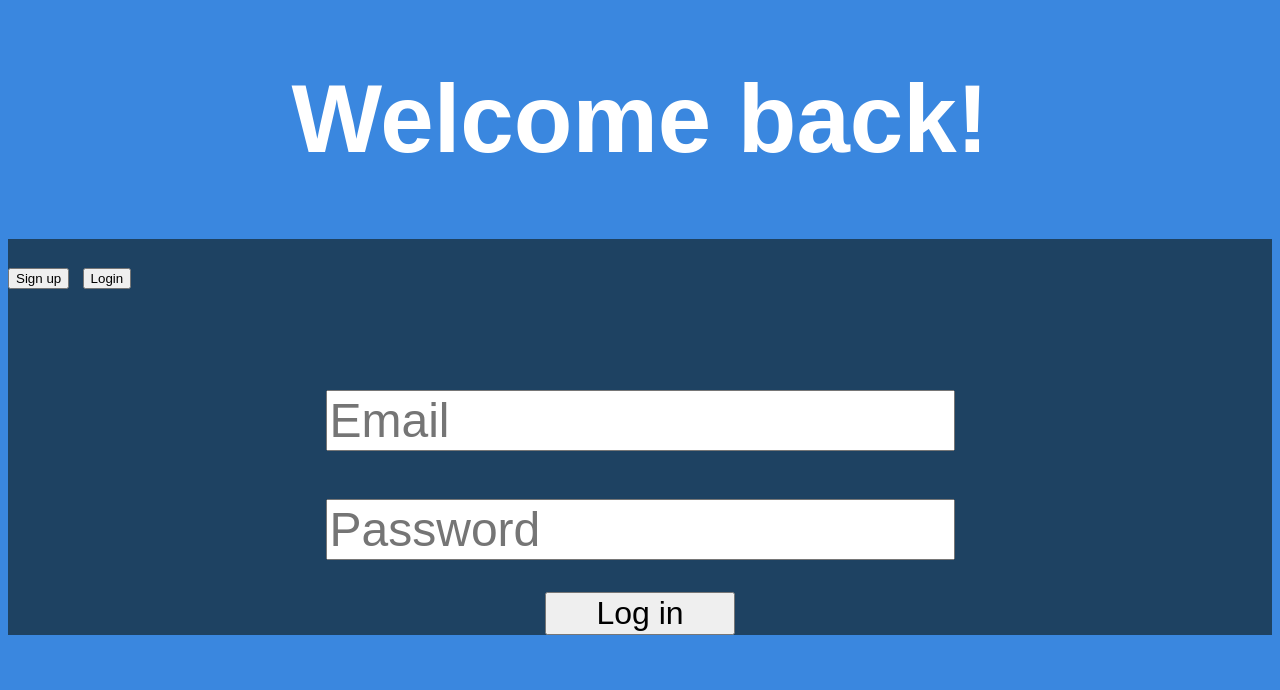
Repository: NicolasssCarlos/basic-flask-login
Page: http://localhost/
The author's editor kept a copy of each file at every save. The page is drawn from the files as they stood at one save, then again after the next save.
The browser window is 1280 px wide. The pictures show the whole page.
The page is served by the project's application, run on Flask 3 (app.py).

Above is the page before, as saved 2025-06-11 20:34:00.

After the next save:
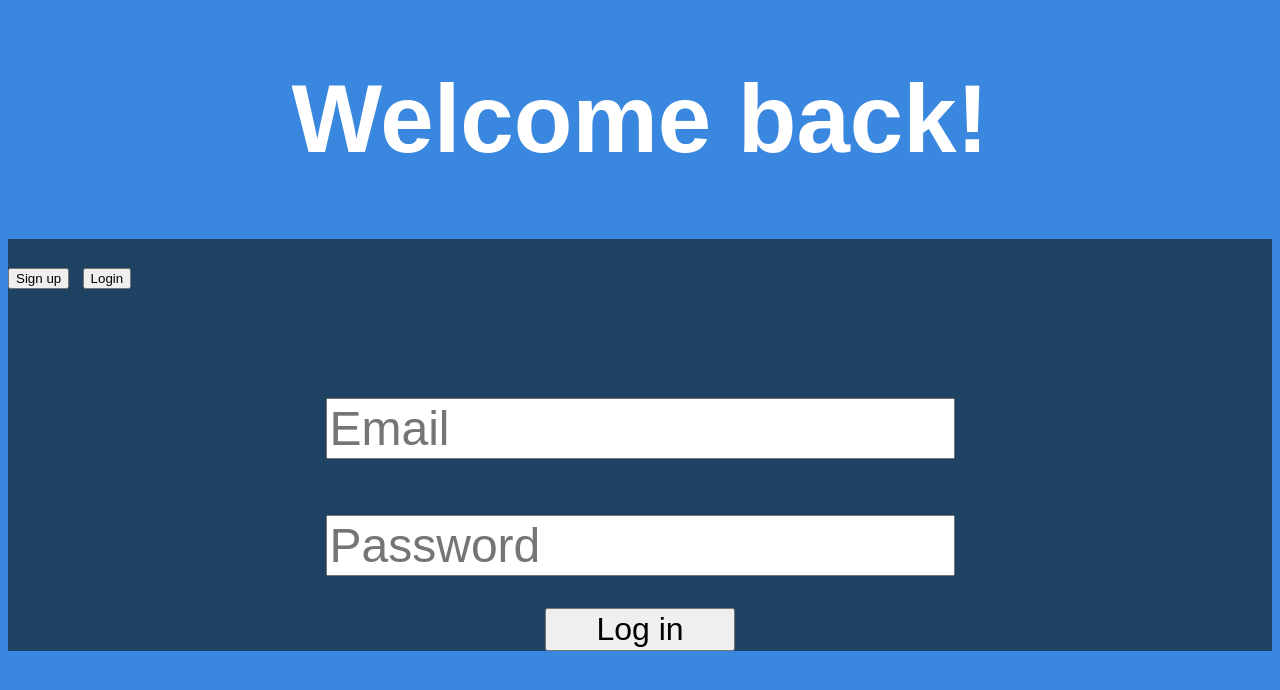
Saved 35 s later.
--- a/static/main.css
+++ b/static/main.css
@@ -92,7 +92,7 @@
     margin-bottom: 1rem;
 
 
-    margin-top: 1rem;
+    margin-top: 1.5rem;
 
 
 
@@ -113,5 +113,6 @@
 
     justify-content: center;
 
+
     text-align: center;
 }

After the save that followed:
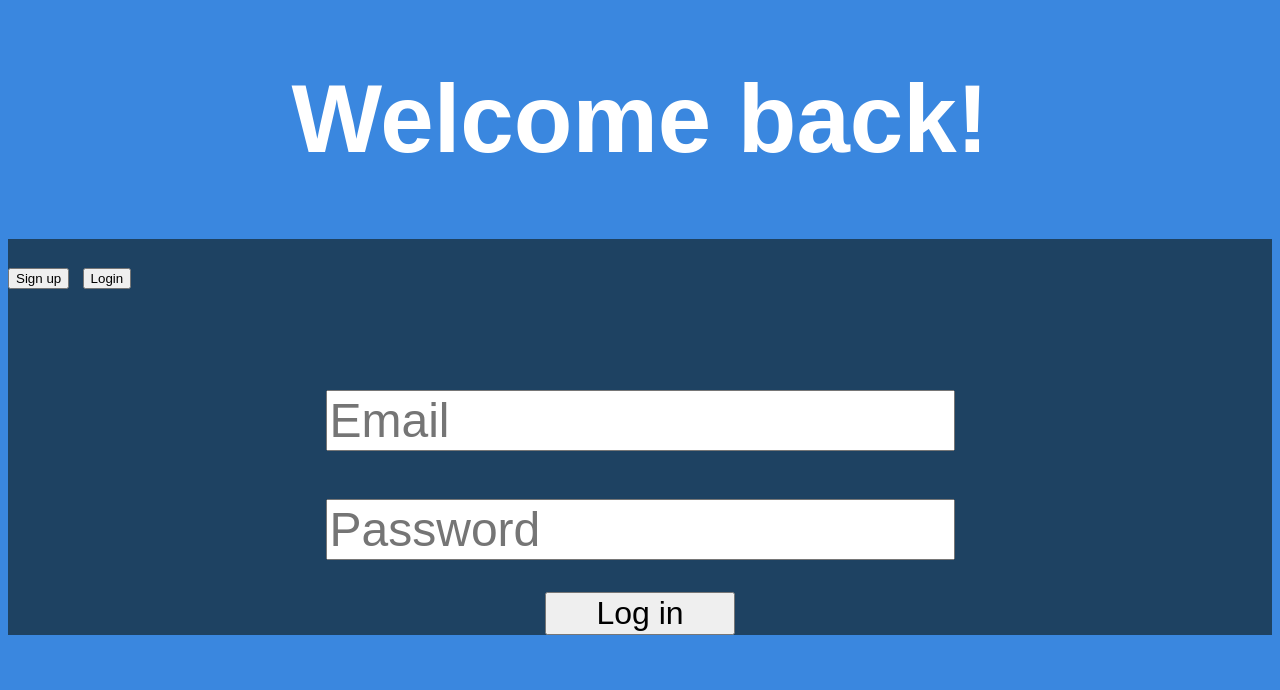
Saved 12 s later.
--- a/static/main.css
+++ b/static/main.css
@@ -92,7 +92,7 @@
     margin-bottom: 1rem;
 
 
-    margin-top: 1.5rem;
+    margin-top: 1rem;
 
 
 
